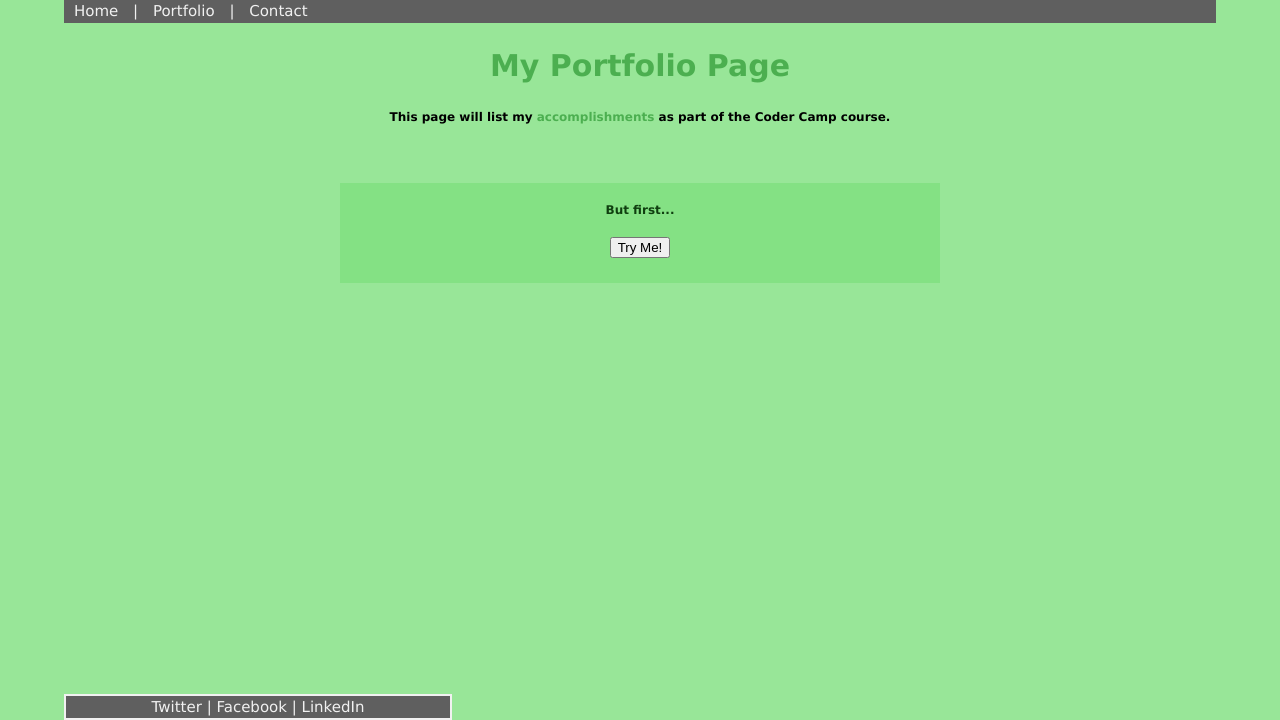
Repository: ischicagoisnotchicago/is-chicago
Page: http://localhost/CC_Personal_Website/portfolio.html
The author's editor kept a copy of each file at every save. The page is drawn from the files as they stood at one save, then again after the next save.
The browser window is 1280 px wide. The pictures show the whole page.
The page is served by Tomcat 9.

Above is the page before, as saved 2017-05-25 22:55:26.

After the next save:
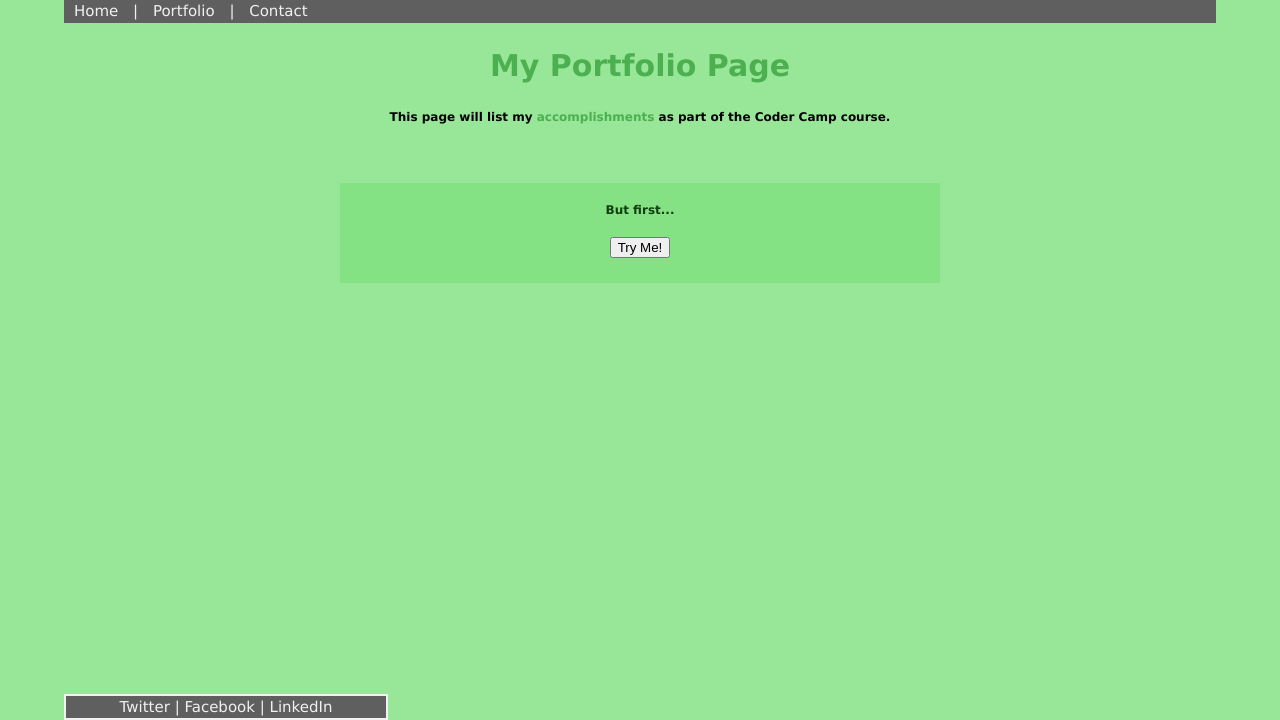
Saved 62 s later.
--- a/CC Personal Website/WebContent/style.css
+++ b/CC Personal Website/WebContent/style.css
@@ -224,7 +224,7 @@ dd {
 footer {
   position: fixed;
   bottom: 0;
-  width: 30%;
+  width: 25%;
   color: #f1f1f1;
   background-color: #5f5f5f;
   border: 2px solid #f1f1f1;
